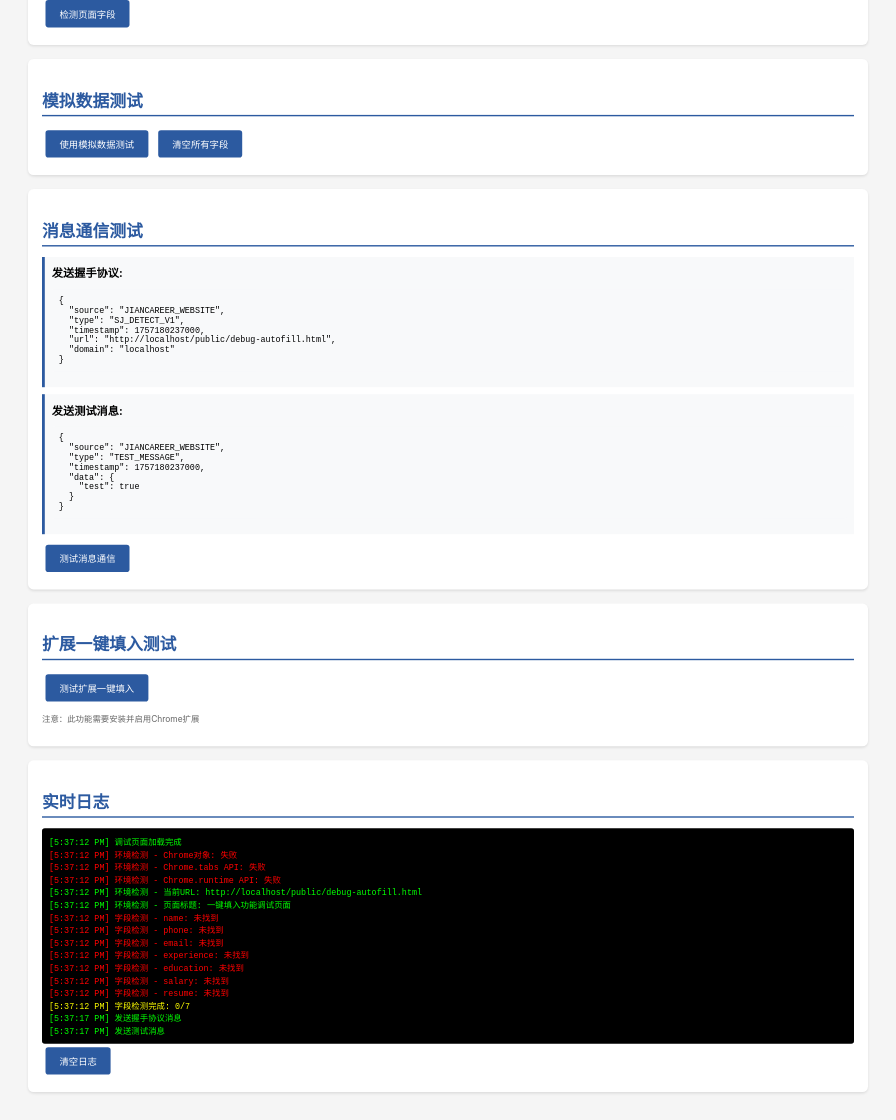
Repository: Zion74/jiancareer-chrome-main-zhn
Page: public/debug-autofill.html
These files come from the project's save history. The page is drawn as it stood at one moment and after a run of saves; the edit follows.
The browser window is 1280 px wide. The pictures show the part of the page from y = 1123 to 3043 px (the page is 2723 px tall before and 3043 px after), at 70% of full size.
After loading, the first visible `button[onclick="testMessageCommunication()"]` was clicked once.

Above is the page before, as saved 2025-09-09 22:34:49.

After the next 2 saves:
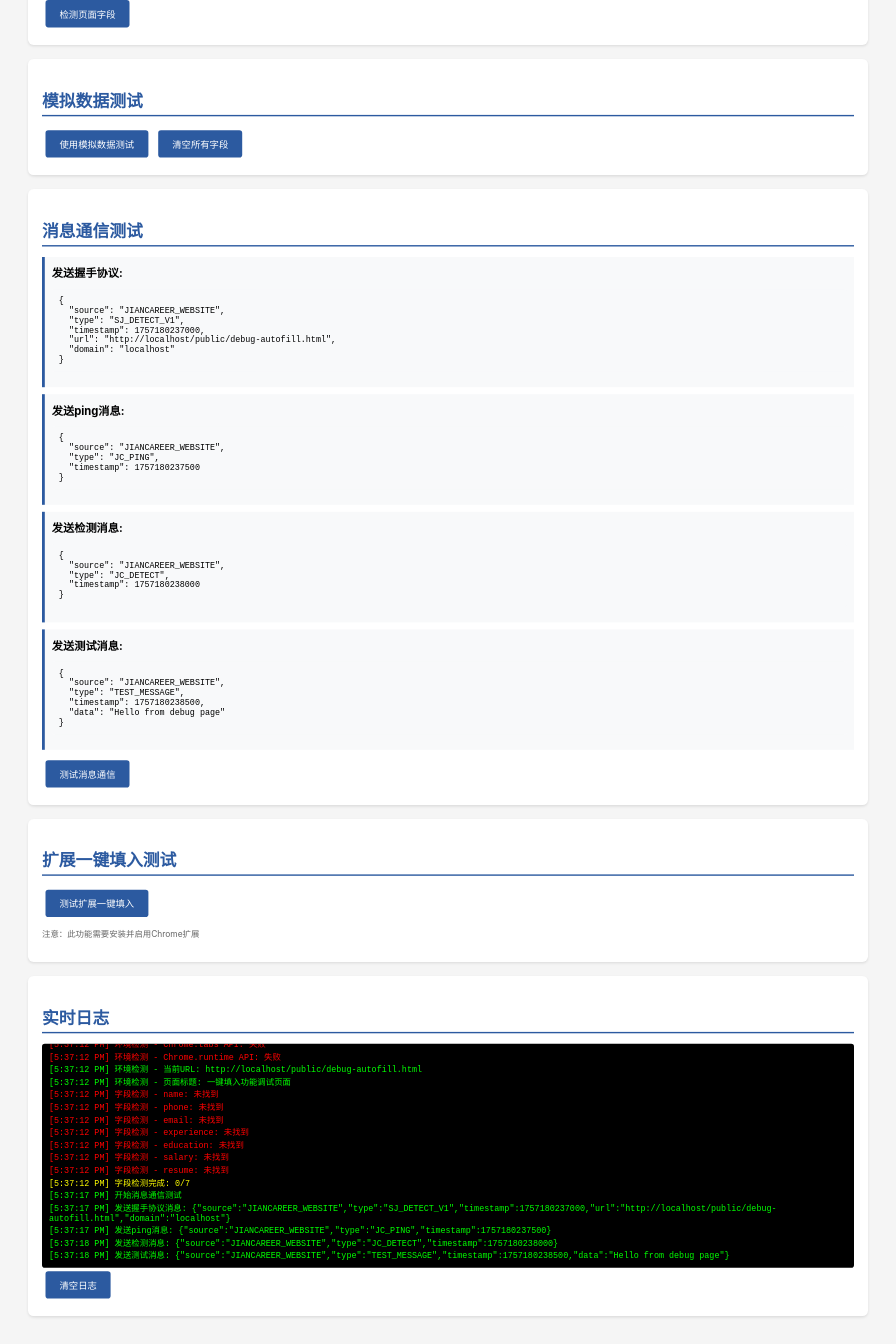
The 2 saves are shown as one change because they came seconds apart.
The last was saved 102 s later.
--- a/public/debug-autofill.html
+++ b/public/debug-autofill.html
@@ -326,8 +326,13 @@
 
         // 消息通信测试
         function testMessageCommunication() {
+            log('开始消息通信测试');
+
             const container = document.getElementById('message-test');
             container.innerHTML = '';
+
+            // 重置状态
+            let messageReceived = false;
 
             // 发送握手协议消息以建立与扩展的连接
             const handshakeMessage = {
@@ -338,24 +343,15 @@
                 domain: window.location.hostname
             };
 
-            // 测试window.postMessage
-            const testMessage = {
-                source: 'JIANCAREER_WEBSITE',
-                type: 'TEST_MESSAGE',
-                timestamp: Date.now(),
-                data: { test: true }
-            };
-
             // 监听消息响应
             const messageListener = (event) => {
                 if (event.data.source === 'JIANCAREER_EXTENSION') {
+                    messageReceived = true;
                     const div = document.createElement('div');
                     div.className = 'debug-item success';
                     div.innerHTML = `<strong>收到扩展响应:</strong> <pre>${JSON.stringify(event.data, null, 2)}</pre>`;
                     container.appendChild(div);
                     log(`收到扩展响应: ${event.data.type}`, 'success');
-
-                    window.removeEventListener('message', messageListener);
                 }
             };
 
@@ -368,30 +364,73 @@
             handshakeDiv.className = 'debug-item';
             handshakeDiv.innerHTML = `<strong>发送握手协议:</strong> <pre>${JSON.stringify(handshakeMessage, null, 2)}</pre>`;
             container.appendChild(handshakeDiv);
-            log('发送握手协议消息', 'info');
-
-            // 延迟发送测试消息
+            log('发送握手协议消息: ' + JSON.stringify(handshakeMessage));
+
+            // 发送ping消息
             setTimeout(() => {
+                const pingMessage = {
+                    source: 'JIANCAREER_WEBSITE',
+                    type: 'JC_PING',
+                    timestamp: Date.now()
+                };
+
+                window.postMessage(pingMessage, '*');
+
+                const div = document.createElement('div');
+                div.className = 'debug-item';
+                div.innerHTML = `<strong>发送ping消息:</strong> <pre>${JSON.stringify(pingMessage, null, 2)}</pre>`;
+                container.appendChild(div);
+                log('发送ping消息: ' + JSON.stringify(pingMessage));
+            }, 500);
+
+            // 发送检测消息
+            setTimeout(() => {
+                const detectMessage = {
+                    source: 'JIANCAREER_WEBSITE',
+                    type: 'JC_DETECT',
+                    timestamp: Date.now()
+                };
+
+                window.postMessage(detectMessage, '*');
+
+                const div = document.createElement('div');
+                div.className = 'debug-item';
+                div.innerHTML = `<strong>发送检测消息:</strong> <pre>${JSON.stringify(detectMessage, null, 2)}</pre>`;
+                container.appendChild(div);
+                log('发送检测消息: ' + JSON.stringify(detectMessage));
+            }, 1000);
+
+            // 发送测试消息
+            setTimeout(() => {
+                const testMessage = {
+                    source: 'JIANCAREER_WEBSITE',
+                    type: 'TEST_MESSAGE',
+                    timestamp: Date.now(),
+                    data: 'Hello from debug page'
+                };
+
                 window.postMessage(testMessage, '*');
 
                 const div = document.createElement('div');
                 div.className = 'debug-item';
                 div.innerHTML = `<strong>发送测试消息:</strong> <pre>${JSON.stringify(testMessage, null, 2)}</pre>`;
                 container.appendChild(div);
-                log('发送测试消息', 'info');
-            }, 500);
-
-            // 5秒后检查是否收到响应
+                log('发送测试消息: ' + JSON.stringify(testMessage));
+            }, 1500);
+
+            // 检查响应
             setTimeout(() => {
                 window.removeEventListener('message', messageListener);
-                if (!container.querySelector('.success')) {
+                if (!messageReceived) {
                     const errorDiv = document.createElement('div');
                     errorDiv.className = 'debug-item error';
-                    errorDiv.innerHTML = '<strong>❌ 未收到扩展响应</strong> - 可能原因：扩展未安装或content script未注入';
+                    errorDiv.innerHTML = '<strong>❌ 消息通信测试失败：未收到响应</strong> - 可能原因：扩展未安装或content script未注入';
                     container.appendChild(errorDiv);
-                    log('消息通信测试失败: 未收到响应', 'error');
-                }
-            }, 5000);
+                    log('消息通信测试失败：未收到响应', 'error');
+                } else {
+                    log('消息通信测试成功！', 'success');
+                }
+            }, 3000);
         }
 
         // 测试扩展一键填入功能
